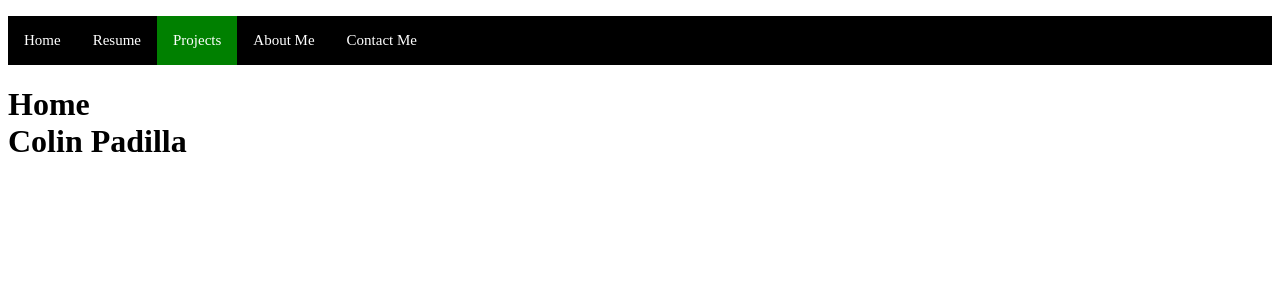
Repository: Coli-Pixel/Coli-Pixel.github.io
Page: index.html
The author's editor kept a record of every edit. The page is drawn from the files as they stood at one moment, then again after the next edit.
The browser window is 1280 px wide. The pictures show the whole page.

Above is the page before.

After the next edit:
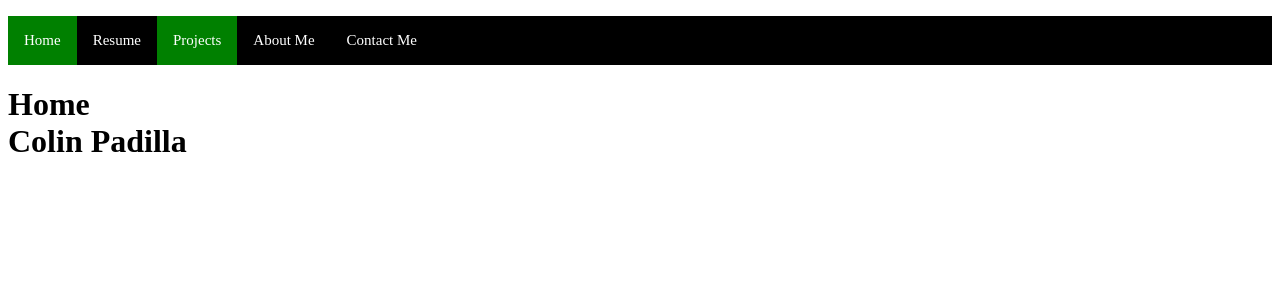
The edit:
--- a/index.html
+++ b/index.html
@@ -6,7 +6,7 @@
     </head>
     <body>
         <ul class="navbar">
-            <li ><a href="/index.html">Home</a></li>
+            <li class="active"><a href="/index.html">Home</a></li>
             <li><a href="/resume.html">Resume</a></li>
             <li class = "dropdown">
                 <div class="active">Projects</div>
